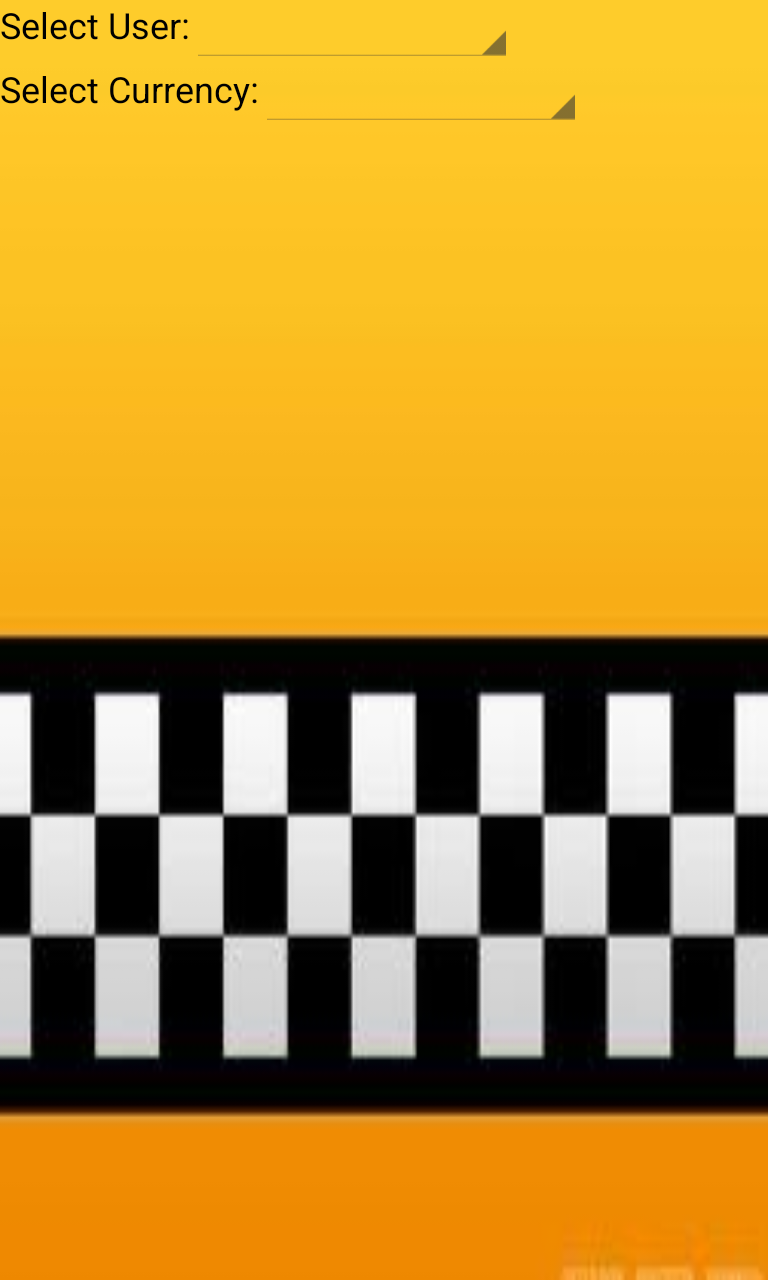
Repository: kingstonbg/workspaceAndroid
Layout: TaxiRoute/res/layout/activity_settings.xml
These files come from the project's save history. The layout is drawn as it stood at one moment and after the next save; the edit follows.
It is drawn on a 768 x 1280 px phone screen (xhdpi) without system bars, with theme AppTheme; the app's code is not run.

Above is the layout before, as saved 2013-01-24 22:33:32.

### TaxiRoute/res/layout/activity_settings.xml
<?xml version="1.0" encoding="utf-8"?>
<LinearLayout xmlns:android="http://schemas.android.com/apk/res/android"
    android:layout_width="match_parent"
    android:layout_height="match_parent"
    android:orientation="vertical"
    android:background="@drawable/menu_bg" >

	<LinearLayout
	    android:layout_width="wrap_content"
	    android:layout_height="wrap_content"
	    android:orientation="horizontal" >

	    <TextView
        android:id="@+id/textViewUser"
        android:layout_width="wrap_content"
        android:layout_height="wrap_content"
        android:text="Select User:"
        android:textAppearance="?android:attr/textAppearanceMedium" />

    <Spinner
        android:id="@+id/spinnerUser"
        android:layout_width="162dp"
        android:layout_height="wrap_content" />
	</LinearLayout>

	<LinearLayout
	    android:layout_width="wrap_content"
	    android:layout_height="wrap_content"
	    android:orientation="horizontal" >

	    <TextView
        android:id="@+id/textViewCurrency"
        android:layout_width="wrap_content"
        android:layout_height="wrap_content"
        android:text="Select Currency:"
        android:textAppearance="?android:attr/textAppearanceMedium" />

    <Spinner
        android:id="@+id/spinnerCurrency"
        android:layout_width="162dp"
        android:layout_height="wrap_content" />
	</LinearLayout>

</LinearLayout>

Loaded but not shown: TaxiRoute/res/values/styles.xml (common file); TaxiRoute/res/values-v11/styles.xml (common file); TaxiRoute/res/values-v14/styles.xml (common file)

After the next save:
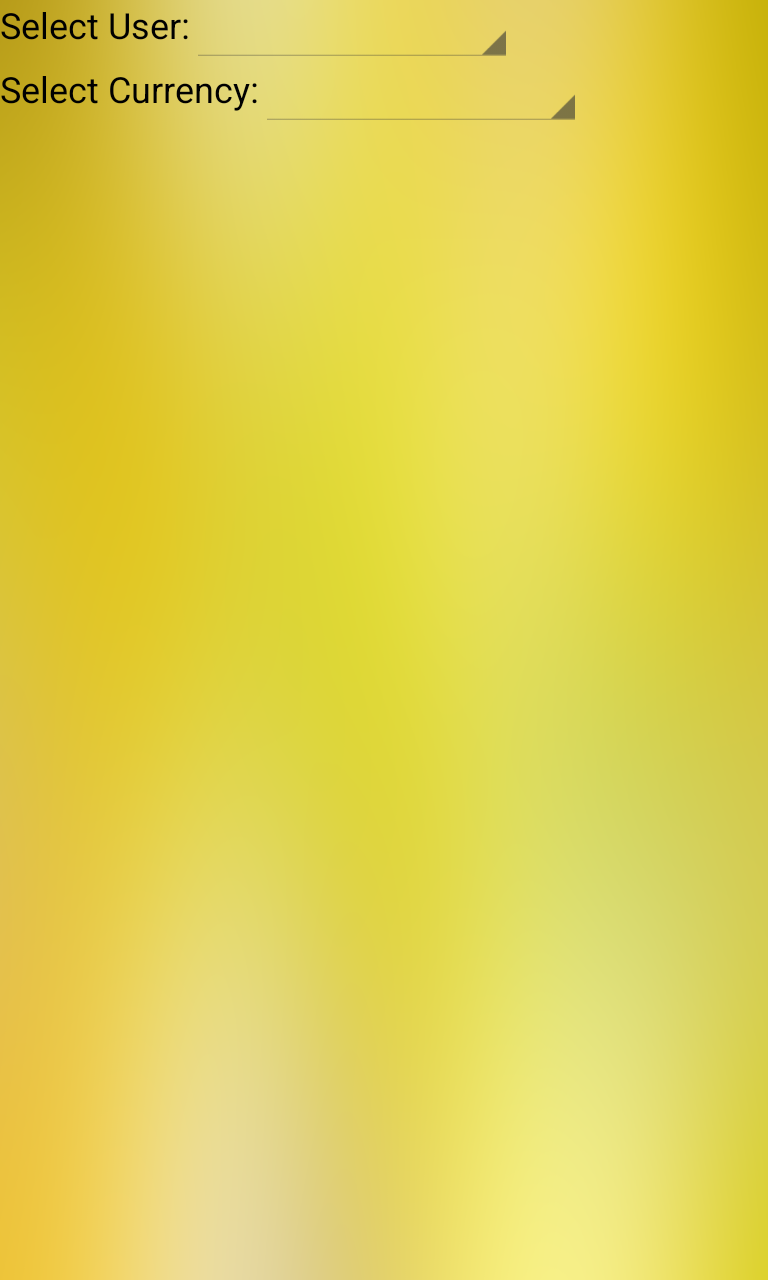
Saved 52 s later.
--- a/TaxiRoute/res/layout/activity_settings.xml
+++ b/TaxiRoute/res/layout/activity_settings.xml
@@ -3,7 +3,7 @@
     android:layout_width="match_parent"
     android:layout_height="match_parent"
     android:orientation="vertical"
-    android:background="@drawable/menu_bg" >
+    android:background="@drawable/bgtest" >
 
 	<LinearLayout
 	    android:layout_width="wrap_content"
